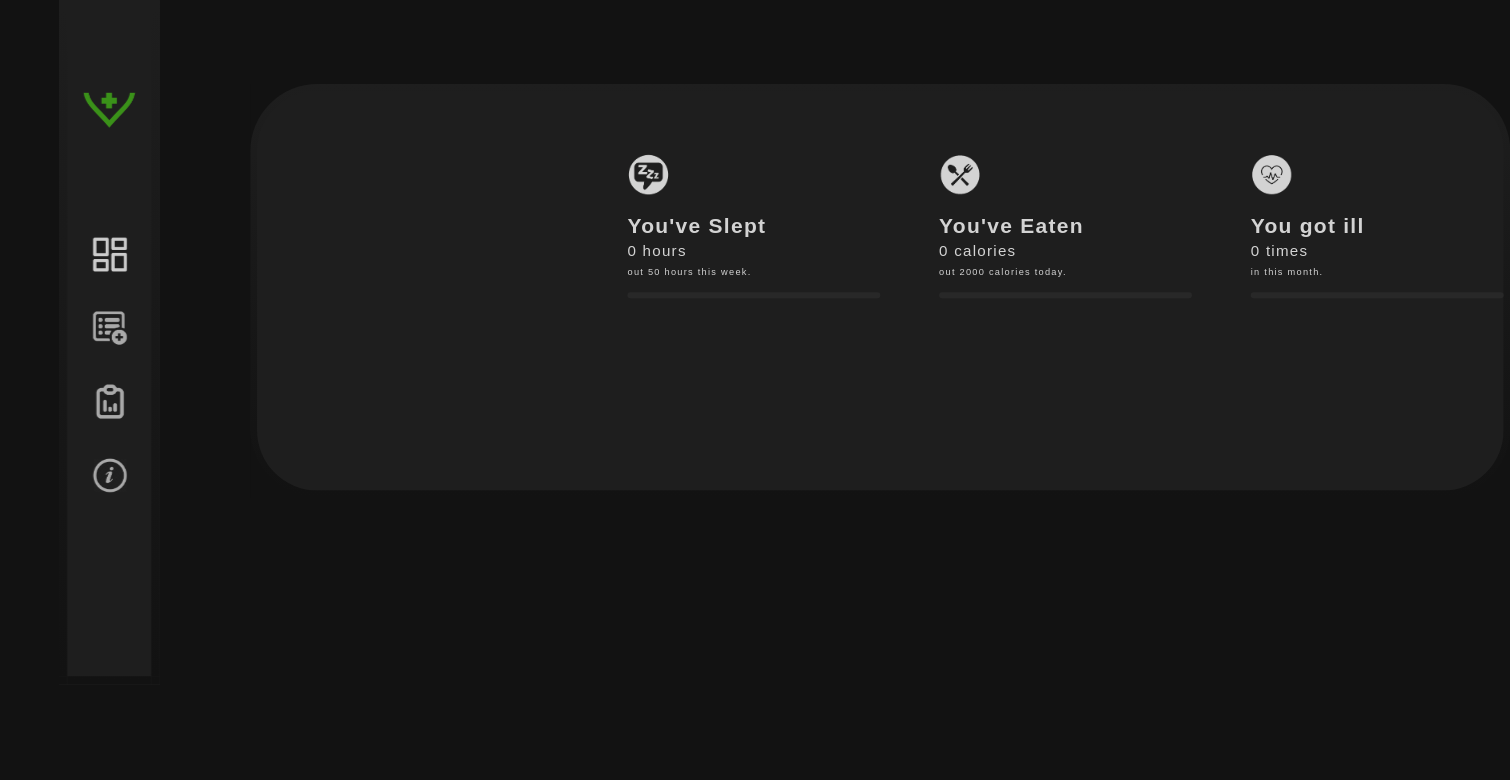
Repository: mhmd-bilal/health-analytics-dashboard
Page: http://localhost/project/anal.jsp
An editor plug-in stored every save of this project. The page is shown before and after the next save, followed by the edit.
The browser window is 1280 px wide. The page is 1798 px wide, so the pictures cover 1798 px, including what lies to the right of the window. The pictures show the whole page, at 84% of full size.
Some web fonts or font styles are not loaded; a fallback is used. Some web libraries are served in a nearby version. The page is served by Tomcat 10. Queries for data that is not in the repository find no rows.

Above is the page before, as saved 2023-12-07 16:08:09.

After the next save:
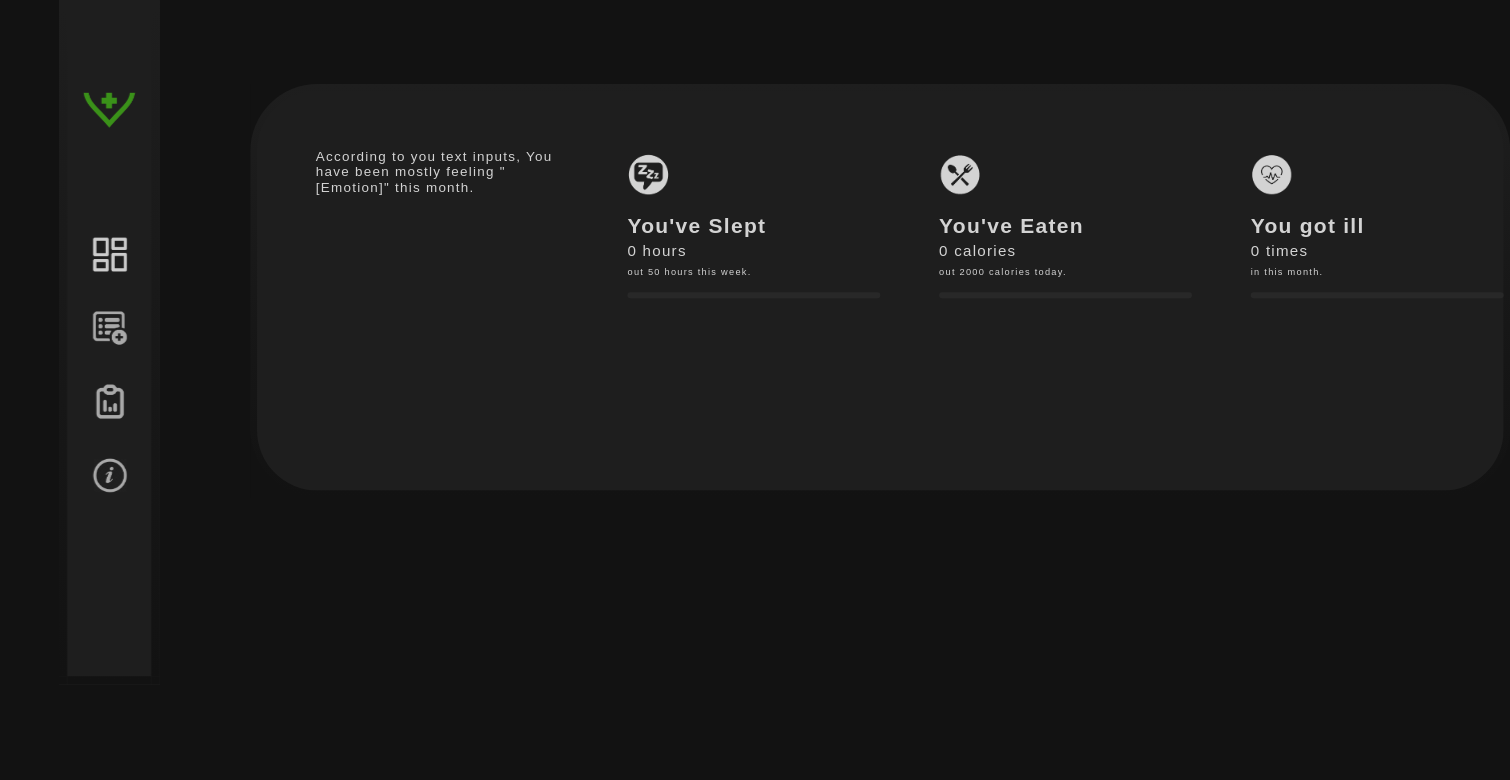
Saved 15 s later.
--- a/project/src/main/webapp/anal.jsp
+++ b/project/src/main/webapp/anal.jsp
@@ -33,7 +33,7 @@
             <div class="count" style="width:100%">
               <div class="counts">
                 <div class="card">
-
+                	According to you text inputs, You have been mostly feeling "[Emotion]" this month.
                 </div>
                 <div class="card">
                   <img class="count-icon" src="sleep.png">
